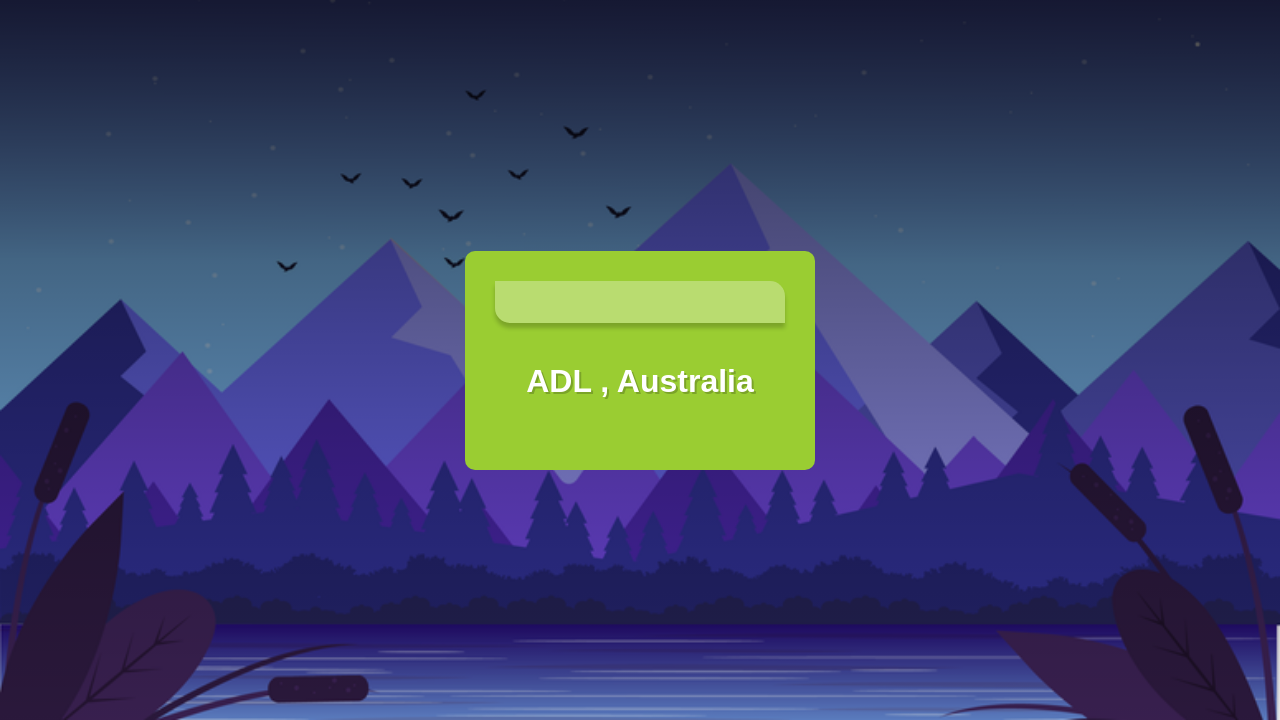
Repository: andrewhuynh561/weather-app-1
Page: index.html
An editor plug-in stored every save of this project. The page is shown before and after the next save, followed by the edit.
The browser window is 1280 px wide. The pictures show the whole page.

Above is the page before, as saved 2022-12-08 20:55:22.

After the next save:
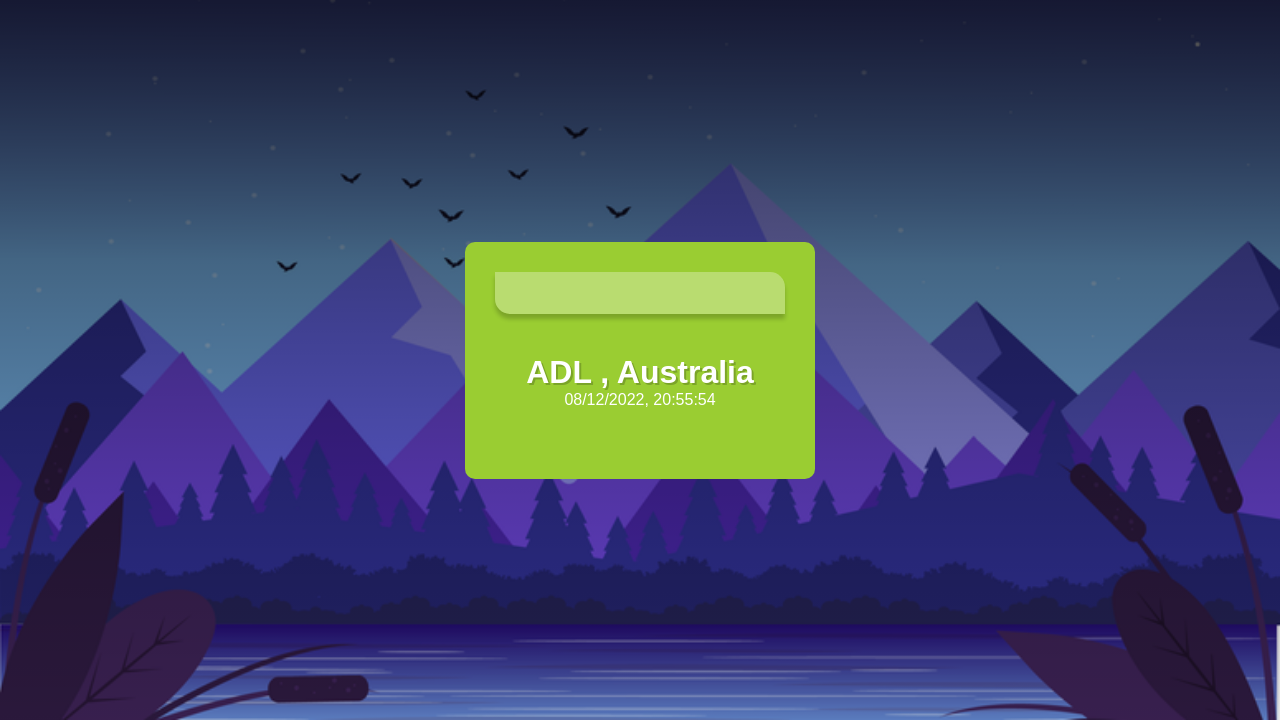
Saved 72 s later.
--- a/index.html
+++ b/index.html
@@ -22,6 +22,7 @@
                 <span>,</span>
                 <span class="country">Australia</span>
             </h1>
+            <div class="time">08/12/2022, 20:55:54</div>
         </div>
     </div>
 
